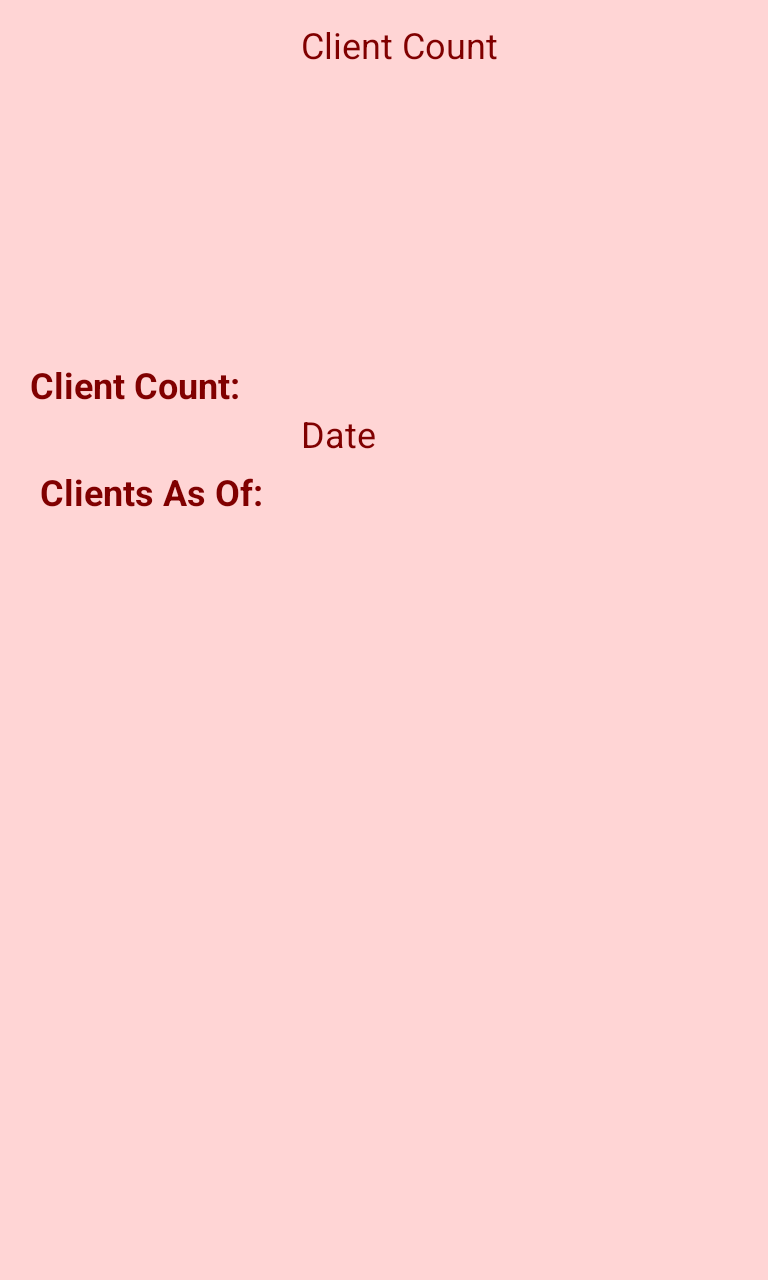
Repository: MQ9Realper/fashion
Layout: Zillah/res/layout/activity_client_count.xml
The author's editor kept a copy of each file at every save. The layout is drawn from the files as they stood at one save, then again after the next save.
It is drawn on a 768 x 1280 px phone screen (xhdpi) without system bars, with theme AppTheme; the app's code is not run.

Above is the layout before, as saved 2015-04-21 18:57:32.

### Zillah/res/layout/activity_client_count.xml
<TableLayout xmlns:android="http://schemas.android.com/apk/res/android"
    xmlns:tools="http://schemas.android.com/tools"
    android:layout_width="fill_parent"
    android:layout_height="fill_parent"
    android:background="#ffd5d5"
    android:padding="10dp" >

    <TableRow
        android:id="@+id/tableRow1"
        android:layout_width="wrap_content"
        android:layout_height="wrap_content" >

        <TextView
            android:id="@+id/textView1"
            android:layout_width="wrap_content"
            android:layout_height="wrap_content"
            android:layout_marginLeft="5dp"
            android:layout_marginTop="170dp"
            android:text="Client Count:  "
            android:textAppearance="?android:attr/textAppearanceMedium"
            android:textColor="#800000"
            android:textStyle="bold" />

        <TextView
            android:id="@+id/txt_client_count"
            android:layout_width="wrap_content"
            android:layout_height="wrap_content"
            android:layout_marginLeft="10dp"
            android:text="Client Count"
            android:textAppearance="?android:attr/textAppearanceMedium"
            android:textColor="#800000" />
    </TableRow>

    <TableRow
        android:id="@+id/tableRow2"
        android:layout_width="wrap_content"
        android:layout_height="wrap_content" >

        <TextView
            android:id="@+id/textView3"
            android:layout_width="wrap_content"
            android:layout_height="wrap_content"
            android:layout_marginLeft="10dp"
            android:layout_marginTop="29dp"
            android:text="Clients As Of:  "
            android:textAppearance="?android:attr/textAppearanceMedium"
            android:textColor="#800000"
            android:textStyle="bold" />

        <TextView
            android:id="@+id/txt_client_count_date"
            android:layout_width="wrap_content"
            android:layout_height="wrap_content"
            android:layout_marginLeft="10dp"
            android:text="Date"
            android:textAppearance="?android:attr/textAppearanceMedium"
            android:textColor="#800000" />
    </TableRow>

</TableLayout>

Loaded but not shown: Zillah/res/values/styles.xml (common file); Zillah/res/values-v11/styles.xml (common file); Zillah/res/values-v14/styles.xml (common file)

After the next save:
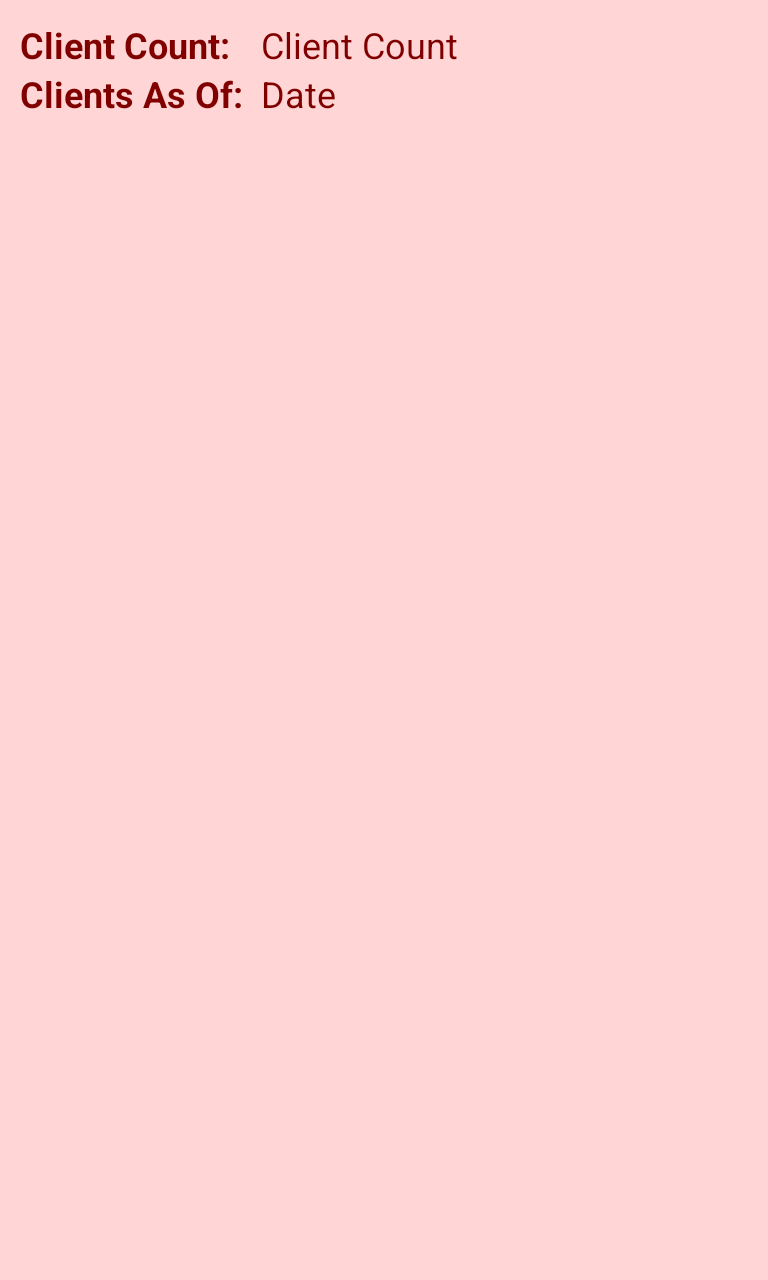
Saved 57 s later.
--- a/Zillah/res/layout/activity_client_count.xml
+++ b/Zillah/res/layout/activity_client_count.xml
@@ -14,8 +14,6 @@
             android:id="@+id/textView1"
             android:layout_width="wrap_content"
             android:layout_height="wrap_content"
-            android:layout_marginLeft="5dp"
-            android:layout_marginTop="170dp"
             android:text="Client Count:  "
             android:textAppearance="?android:attr/textAppearanceMedium"
             android:textColor="#800000"
@@ -25,7 +23,6 @@
             android:id="@+id/txt_client_count"
             android:layout_width="wrap_content"
             android:layout_height="wrap_content"
-            android:layout_marginLeft="10dp"
             android:text="Client Count"
             android:textAppearance="?android:attr/textAppearanceMedium"
             android:textColor="#800000" />
@@ -40,8 +37,6 @@
             android:id="@+id/textView3"
             android:layout_width="wrap_content"
             android:layout_height="wrap_content"
-            android:layout_marginLeft="10dp"
-            android:layout_marginTop="29dp"
             android:text="Clients As Of:  "
             android:textAppearance="?android:attr/textAppearanceMedium"
             android:textColor="#800000"
@@ -51,7 +46,6 @@
             android:id="@+id/txt_client_count_date"
             android:layout_width="wrap_content"
             android:layout_height="wrap_content"
-            android:layout_marginLeft="10dp"
             android:text="Date"
             android:textAppearance="?android:attr/textAppearanceMedium"
             android:textColor="#800000" />
